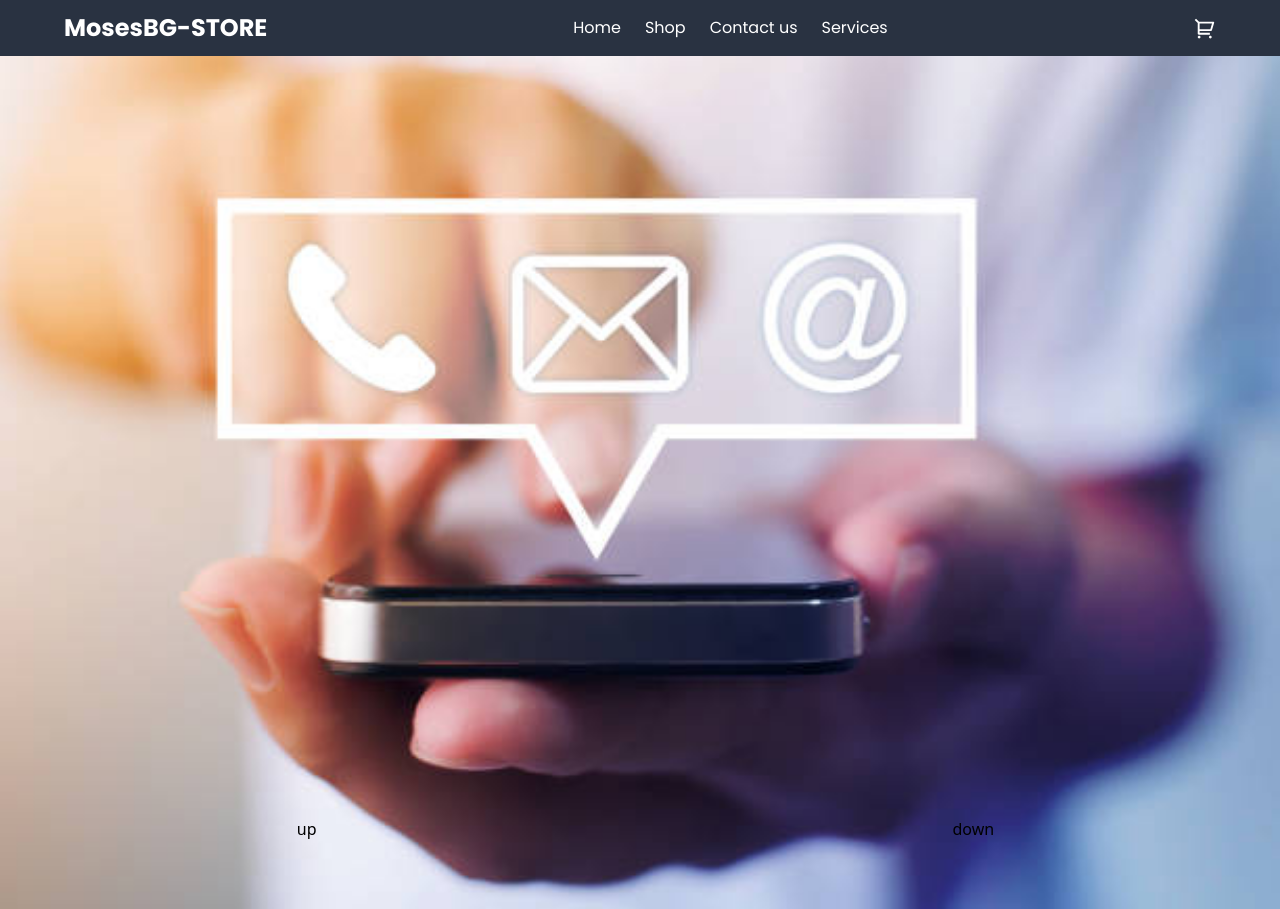
Repository: moshebengan/cart
Page: /fake-store/contact-us
The author's editor kept a copy of each file at every save. The page is drawn from the files as they stood at one save, then again after the next save.
The browser window is 1280 px wide. The pictures show the whole page.
The project was rebuilt for these pictures with package versions that can differ from the ones it lists, and the page was loaded fresh each time. Also part of the build but not shown: vite.config.js, src/components/Error.jsx, src/utils/data.js, src/utils/apiCalls.js, src/components/Loading.jsx, src/components/Products.jsx, src/components/Footer.jsx, src/pages/HomePage.jsx and 5 more.

Above is the page before, as saved 2024-09-15 15:52:21.

After the next save:
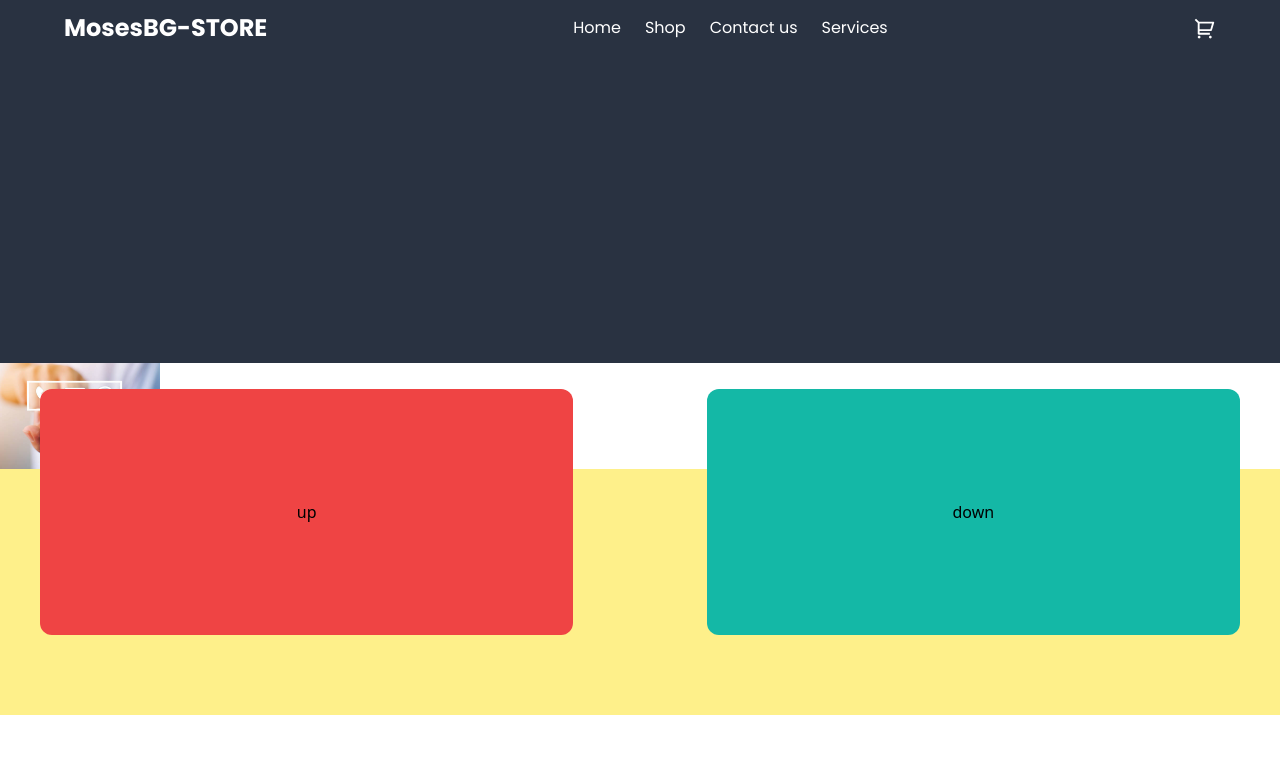
Saved 8 s later.
--- a/src/pages/ContactUs.jsx
+++ b/src/pages/ContactUs.jsx
@@ -4,7 +4,7 @@ const ContactUs = () => {
   return (
     <div className="w-full h-screen flex flex-col">
     <div className="bg-dark-blue w-full h-[50%]"></div>
-      <img src="/public/contactus.jpg" alt="" className="bg-cover" />
+      <img src="/public/contactus.jpg" alt="" className="w-40" />
       <div className="w-full h-[40%] bg-yellow-200 flex flex-row relative">
         <div className="absolute ml-10 w-5/12 h-full bg-red-500 left-0  -top-20 flex items-center justify-center rounded-xl" >up</div>
         <div className="absolute mr-10 w-5/12 h-full bg-teal-500 right-0 -top-20 flex items-center justify-center rounded-xl">down</div>
